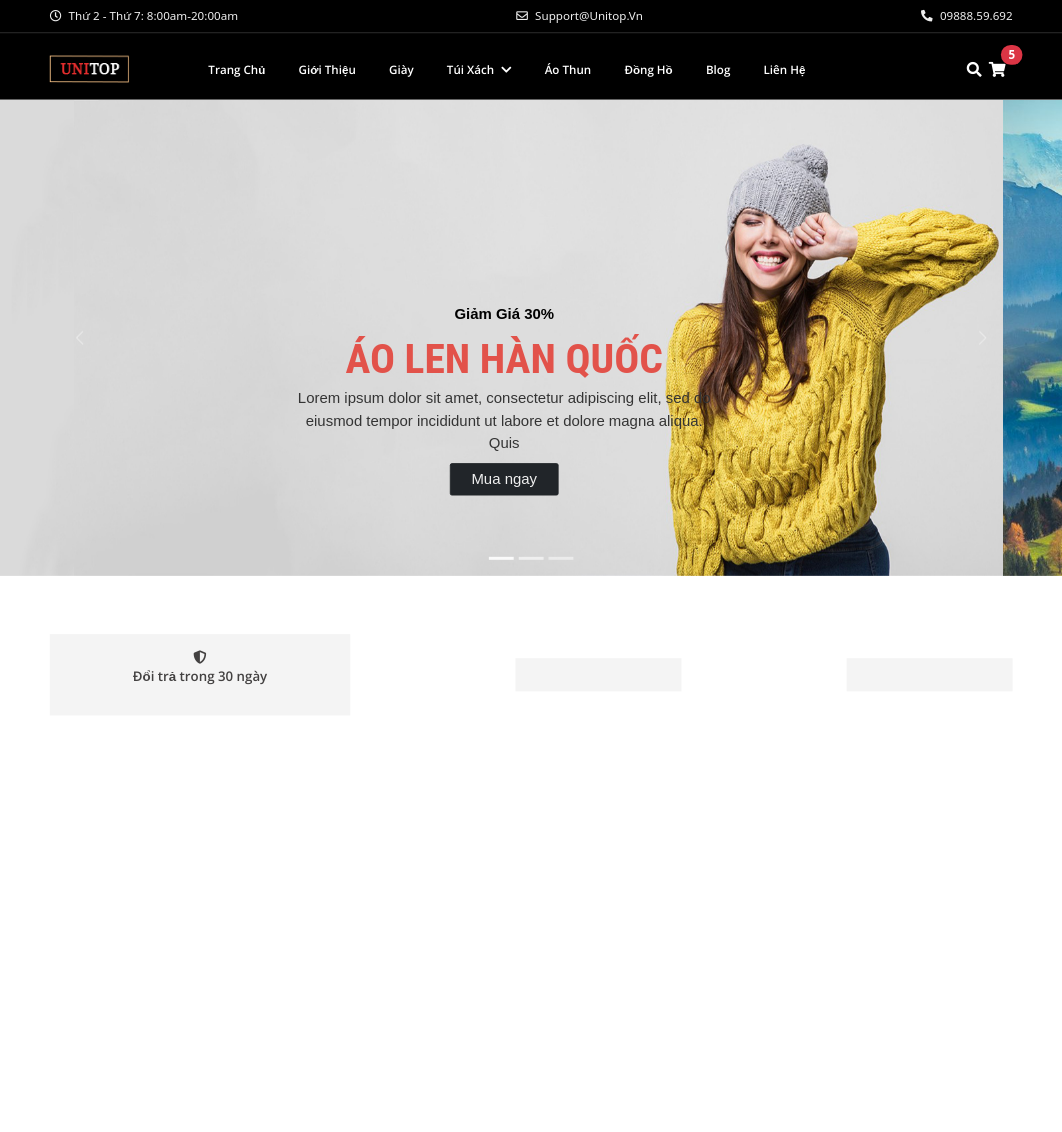
Repository: vinhtk0209/clothes-shop
Page: index.html
The author's editor kept a copy of each file at every save. The page is drawn from the files as they stood at one save, then again after the next save.
The browser window is 1280 px wide. The pictures show the whole page, at 83% of full size.

Above is the page before, as saved 2021-10-04 17:22:41.

### index.html
<!DOCTYPE html>
<html lang="en">
  <head>
    <meta charset="UTF-8" />
    <meta http-equiv="X-UA-Compatible" content="IE=edge" />
    <meta name="viewport" content="width=device-width, initial-scale=1.0" />
    <title>UNI-SHOP</title>
    <link rel="stylesheet" href="assets/css/reset.css" />
    <link rel="stylesheet" href="assets/fontawesome/css/all.css" />
    <link rel="stylesheet" href=" assets/boostrap/css/bootstrap.min.css" />
    <link rel="preconnect" href="https://fonts.googleapis.com" />
    <link rel="preconnect" href="https://fonts.gstatic.com" crossorigin />
    <link
      href="https://fonts.googleapis.com/css2?family=Open+Sans:wght@400;600;700&display=swap"
      rel="stylesheet"
    />
    <script src="assets/js/jquery.min.js"></script>
    <link rel="stylesheet" href="assets/css/main.css" />
  </head>
  <body>
    <div id="wrapper">
      <div id="header">

          <div class="header-info">
            <div class="container-1160">
            <ul
              class="
                list-info list-unstyled
                d-flex
                justify-content-between
                align-items-center
              "
            >
              <li>
                <p class="header-descr time-contact">
                  <span class="icon-time">
                    <!-- icon time -->
                    <i class="far fa-clock"></i>
                  </span>
                  <span class="descr-time ps-2 descr"
                    >thứ 2 - thứ 7: 8:00am-20:00am</span
                  >
                </p>
              </li>
              <li>
                <p class="header-descr email-contact">
                  <span class="icon-email">
                    <!-- icon email -->
                    <i class="far fa-envelope"></i>
                  </span>
                  <span class="descr-email ps-2 descr"> support@unitop.vn </span>
                </p>
              </li>
              <li>
                <p class="header-descr phone-number">
                  <span class="icon-phone">
                    <!-- icon phone -->
                    <i class="fas fa-phone-alt"></i>
                  </span>
                  <span class="descr-phone ps-2 descr"> 09888.59.692 </span>
                </p>
              </li>
            </ul>
          </div>
          </div>
          <!-- END HEADER-INFO -->
          <div
            class="header-menu d-flex align-items-center container-1160"

          >

            <div class="header-menu-logo mr-95">
              <a href="" class="logo-link">
                <img src="assets/images/logo.png" alt="logo" />
              </a>
            </div>
            <div class="header-menu-list ">
              <ul
                class="
                  list-menu
                  d-flex

                  align-items-center list-unstyled
                "
              >
                <li>
                  <a href="" class="list-name text-decoration-none">Trang chủ</a>
                </li>
                <li>
                  <a href="" class="list-name text-decoration-none">Giới thiệu</a>
                </li>
                <li>
                  <a href="" class="list-name text-decoration-none">Giày</a>
                </li>
                <li class="position-relative list-product">
                  <a href="" class="list-name text-decoration-none "
                    >Túi xách
                    <span class="icon-arrow-down ps-2">
                      <!-- icon arrow down -->
                      <i class="fas fa-chevron-down"></i>
                    </span></a
                  >

                  <ul class="sub-menu list-unstyled position-absolute  bg-submenu ">

                    <li>
                      <a href="" class="text-decoration-none color-submenu ">
                        túi xách tay nữ
                      </a>
                    </li>
                    <li>
                      <a href="" class="text-decoration-none  color-submenu">
                        túi đeo chéo nữ
                      </a>
                    </li>
                    <li>
                      <a href="" class="text-decoration-none color-submenu">
                        túi bản to
                      </a>
                    </li>
                    <li>
                      <a href="" class="text-decoration-none color-submenu">
                        túi đeo vai
                      </a>
                    </li>
                  </ul>
                </li>
                <li>
                  <a href="" class="list-name text-decoration-none">áo thun</a>
                </li>
                <li>
                  <a href="" class="list-name text-decoration-none">đồng hồ</a>
                </li>
                <li>
                  <a href="" class="list-name text-decoration-none">blog</a>
                </li>
                <li>
                  <a href="" class="list-name text-decoration-none">liên hệ</a>
                </li>
              </ul>
            </div>
            <!-- END MENU-LIST -->
            <div
              class="
                header-menu-function
                d-flex
                justify-content-between
                align-items-center
                ms-auto
              "
            >
              <div class="icon-search text-white ">
                <span class="search fs-18">
                  <!-- icon search -->
                  <span><i class="fas fa-search"></i></span>
                </span>
              </div>
              <div class="icon-cart">
                <a
                  href=""
                  class="btn text-white position-relative"
                >
                  <span class="fs-18">
                    <!-- icon cart  -->
                    <i class="fas fa-shopping-cart"></i>
                  </span>
                  <span
                    class="
                      position-absolute
                      top-0
                      start-100
                      translate-middle
                      badge
                      rounded-pill
                      bg-danger
                      fs-14
                    "
                  >
                    5
                  </span>
                </a>
              </div>
            </div>
          </div>
          <!-- END HEADER MENU -->
        </div>
      </div>
      <div id="slide" class="slide">
        <div id="carouselExampleIndicators" class="carousel slide" data-bs-ride="carousel">
          <div class="carousel-indicators">
            <button type="button" data-bs-target="#carouselExampleIndicators" data-bs-slide-to="0" class="active bg-btn-slide" aria-current="true" aria-label="Slide 1"></button>
            <button type="button" data-bs-target="#carouselExampleIndicators" data-bs-slide-to="1" aria-label="Slide 2 "
            class="bg-btn-slide"></button>
            <button type="button" data-bs-target="#carouselExampleIndicators" data-bs-slide-to="2" aria-label="Slide 3"
            class="bg-btn-slide"></button>
          </div>
          <div class="carousel-inner">
            <div class="carousel-item active">
              <img src="assets/images/slide-1.png" class="d-block w-100" alt="...">
            </div>
            <div class="carousel-item">
              <img src="assets/images/slide-2.jpg" class="d-block w-100" alt="...">
            </div>
            <div class="carousel-item">
              <img src="assets/images/slide-3.png" class="d-block w-100" alt="...">
            </div>
          </div>
          <button class="carousel-control-prev" type="button" data-bs-target="#carouselExampleIndicators" data-bs-slide="prev">
            <span class="carousel-control-prev-icon" aria-hidden="true"></span>
            <span class="visually-hidden">Previous</span>
          </button>
          <button class="carousel-control-next" type="button" data-bs-target="#carouselExampleIndicators" data-bs-slide="next">
            <span class="carousel-control-next-icon" aria-hidden="true"></span>
            <span class="visually-hidden">Next</span>
          </button>
        </div>
        <!-- CARD INFO -->
          <div class="card-img-overlay card-descr text-center">
            <p class="discount fs-18 fw-bold color-p-card-discount">Giảm Giá 30%</p>
            <h4 class="product-name fw-bold">
              ÁO LEN HÀN QUỐC
            </h4>
            <p class="descr fs-18 color-p-card-descr fw-regular   ">
              Lorem ipsum dolor sit amet, consectetur adipiscing elit, sed do eiusmod tempor incididunt ut labore et dolore magna aliqua. Quis
            </p>
            <button type="button" class="btn btn-dark btn-buynow fs-18 text-button fw-regular pd-btn">Mua ngay</button>
          </div>
      </div>
      <!-- END SLIDE -->
      <div id="special-offer " class="special-offer">
        <div class="container-1160 d-flex justify-content-between align-items-center text-center">
          <div class="return-time box-offer">
            <span class="icon-return-time d-block ">
              <!-- icon return  -->
              <i class="fas fa-shield-alt fs-25"></i>
            </span>
            <p class="special__offer--descr ">
              Đổi trả trong 30 ngày
            </p>
          </div>
          <!-- END RETURN TIME -->
          <div class="special__offer--support-phone box-offer">

          </div>
          <!-- END SUPPORT PHONE -->
          <div class="special__offer--freeship box-offer">

          </div>
          <!-- END FREESHIP -->
        </div>
      </div>
      <!-- END SPECIAL OFFER -->
      <!-- END HEADER -->
      <div id="content">

      </div>
      <!-- END CONTENT -->
      <div id="footer"></div>
      <!-- END FOOTER -->
    </div>
    <!-- END WRAPPER -->
    <script src="assets/js/bootstrap.bundle.min.js"></script>
    <script src="assets/js/popper.min.js"></script>
  </body>
</html>

### assets/css/reset.css
/*
 * Bootstrap Reboot v4.3.1 (https://getbootstrap.com/)
 * Copyright 2011-2019 The Bootstrap Authors
 * Copyright 2011-2019 Twitter, Inc.
 * Licensed under MIT (https://github.com/twbs/bootstrap/blob/master/LICENSE)
 * Forked from Normalize.css, licensed MIT (https://github.com/necolas/normalize.css/blob/master/LICENSE.md)
 */

*,
*::before,
*::after {
    box-sizing: border-box;
}

html {
    font-family: sans-serif;
    line-height: 1.15;
    -webkit-text-size-adjust: 100%;
    -webkit-tap-highlight-color: rgba(0, 0, 0, 0);
}

article,
aside,
figcaption,
figure,
footer,
header,
hgroup,
main,
nav,
section {
    display: block;
}

body {
    margin: 0;
    font-family: -apple-system, BlinkMacSystemFont, "Segoe UI", Roboto, "Helvetica Neue", Arial, "Noto Sans", sans-serif, "Apple Color Emoji", "Segoe UI Emoji", "Segoe UI Symbol", "Noto Color Emoji";
    font-size: 1rem;
    font-weight: 400;
    line-height: 1.5;
    color: #212529;
    text-align: left;
    background-color: #fff;
}

[tabindex="-1"]:focus {
    outline: 0 !important;
}

hr {
    box-sizing: content-box;
    height: 0;
    overflow: visible;
}

h1,
h2,
h3,
h4,
h5,
h6 {
    margin-top: 0;
    margin-bottom: 0.5rem;
}

p {
    margin-top: 0;
    margin-bottom: 1rem;
}

abbr[title],
abbr[data-original-title] {
    text-decoration: underline;
    -webkit-text-decoration: underline dotted;
    text-decoration: underline dotted;
    cursor: help;
    border-bottom: 0;
    -webkit-text-decoration-skip-ink: none;
    text-decoration-skip-ink: none;
}

address {
    margin-bottom: 1rem;
    font-style: normal;
    line-height: inherit;
}

ol,
ul,
dl {
    margin-top: 0;
    margin-bottom: 1rem;
}

ol ol,
ul ul,
ol ul,
ul ol {
    margin-bottom: 0;
}

dt {
    font-weight: 700;
}

dd {
    margin-bottom: .5rem;
    margin-left: 0;
}

blockquote {
    margin: 0 0 1rem;
}

b,
strong {
    font-weight: bolder;
}

small {
    font-size: 80%;
}

sub,
sup {
    position: relative;
    font-size: 75%;
    line-height: 0;
    vertical-align: baseline;
}

sub {
    bottom: -.25em;
}

sup {
    top: -.5em;
}

a {
    color: #007bff;
    text-decoration: none;
    background-color: transparent;
}

a:hover {
    color: #0056b3;
    text-decoration: underline;
}

a:not([href]):not([tabindex]) {
    color: inherit;
    text-decoration: none;
}

a:not([href]):not([tabindex]):hover,
a:not([href]):not([tabindex]):focus {
    color: inherit;
    text-decoration: none;
}

a:not([href]):not([tabindex]):focus {
    outline: 0;
}

pre,
code,
kbd,
samp {
    font-family: SFMono-Regular, Menlo, Monaco, Consolas, "Liberation Mono", "Courier New", monospace;
    font-size: 1em;
}

pre {
    margin-top: 0;
    margin-bottom: 1rem;
    overflow: auto;
}

figure {
    margin: 0 0 1rem;
}

img {
    vertical-align: middle;
    border-style: none;
}

svg {
    overflow: hidden;
    vertical-align: middle;
}

table {
    border-collapse: collapse;
}

caption {
    padding-top: 0.75rem;
    padding-bottom: 0.75rem;
    color: #6c757d;
    text-align: left;
    caption-side: bottom;
}

th {
    text-align: inherit;
}

label {
    display: inline-block;
    margin-bottom: 0.5rem;
}

button {
    border-radius: 0;
}

button:focus {
    outline: 1px dotted;
    outline: 5px auto -webkit-focus-ring-color;
}

input,
button,
select,
optgroup,
textarea {
    margin: 0;
    font-family: inherit;
    font-size: inherit;
    line-height: inherit;
}

button,
input {
    overflow: visible;
}

button,
select {
    text-transform: none;
}

select {
    word-wrap: normal;
}

button,
[type="button"],
[type="reset"],
[type="submit"] {
    -webkit-appearance: button;
}

button:not(:disabled),
[type="button"]:not(:disabled),
[type="reset"]:not(:disabled),
[type="submit"]:not(:disabled) {
    cursor: pointer;
}

button::-moz-focus-inner,
[type="button"]::-moz-focus-inner,
[type="reset"]::-moz-focus-inner,
[type="submit"]::-moz-focus-inner {
    padding: 0;
    border-style: none;
}

input[type="radio"],
input[type="checkbox"] {
    box-sizing: border-box;
    padding: 0;
}

input[type="date"],
input[type="time"],
input[type="datetime-local"],
input[type="month"] {
    -webkit-appearance: listbox;
}

textarea {
    overflow: auto;
    resize: vertical;
}

fieldset {
    min-width: 0;
    padding: 0;
    margin: 0;
    border: 0;
}

legend {
    display: block;
    width: 100%;
    max-width: 100%;
    padding: 0;
    margin-bottom: .5rem;
    font-size: 1.5rem;
    line-height: inherit;
    color: inherit;
    white-space: normal;
}

progress {
    vertical-align: baseline;
}

[type="number"]::-webkit-inner-spin-button,
[type="number"]::-webkit-outer-spin-button {
    height: auto;
}

[type="search"] {
    outline-offset: -2px;
    -webkit-appearance: none;
}

[type="search"]::-webkit-search-decoration {
    -webkit-appearance: none;
}

::-webkit-file-upload-button {
    font: inherit;
    -webkit-appearance: button;
}

output {
    display: inline-block;
}

summary {
    display: list-item;
    cursor: pointer;
}

template {
    display: none;
}

[hidden] {
    display: none !important;
}


/*# sourceMappingURL=bootstrap-reboot.css.map */

### assets/css/main.css
* {
    margin: 0;
    padding: 0;
    box-sizing: inherit;
}
html{
    font-family: 'Open Sans', sans-serif;
    font-size: 62.5%;
    line-height: 1.5;
    box-sizing: border-box;
}
.container-1160 {
    width: 1160px;
    margin:0px auto;
}
ul{
    margin: 0;
    padding: 0;
}
.mr-95{
    margin-right:95px;
}
.outline-none{
    outline: none!important;
}
.fs-14{
    font-size: 14px;
}
.fs-18{
    font-size: 18px;
}
.fs-40{
    font-size: 40px;
}
.bg-submenu{
    background-color: #f9f9f9;
}
.color-submenu{
    color: #5c5b5b ;
}
.color-p-card-discount{
    color:#000000;
}
.color-p-card-descr{
    color:#343434;
}
.text-button{
    color:#efefef;
}
.fw-regular{
    font-weight: 400;
}
.pd-btn{
    padding:5px 25px;
}
.bg-btn-slide:hover{
    background-color: #e2524a!important ;
}
.fw-semibold{
    font-weight: 600;
}
/* =========================== HEADER ===========================*/
#header {
    min-height: 120px;
    background-color: #000000;
    padding: 8px 0px 0px 0px;
    text-transform: capitalize;
}
.header-info{

    color:#eeeeee;
    font-weight: 400 ;
    font-size: 1.4rem;
    border-bottom:1px solid #363636;
    margin-bottom: 25px;
}

.header-menu-list ul.list-menu > li + li{
    padding-left:40px;

}
.header-menu-list ul li a.list-name{
    font-size: 1.4rem;
    color:#ffffff;
    font-weight:600 ;
    font-family: 'Open Sans', sans-serif;
    transition: all 0.5s ease-in-out;
}
.header-menu-list ul li a.list-name:hover{
    color:#e2524a ;
}
ul.list-menu li:hover>ul.sub-menu{
    opacity: 1;
    visibility: visible;
    z-index: 9999;
}
ul.sub-menu {
   /* padding:0px; */
   min-width: 200px;
   min-height: 133px;
   padding:18px 0 20px 0;
   box-sizing: border-box;
   top:50px;
   opacity: 0;
   visibility: hidden;
   transition: all 0.5s ease-in-out;

}

ul.sub-menu li{
    padding-left:25px;
    /* chinh lai padding  */
}
ul.sub-menu li a{
    font-family: 'Roboto Condensed', sans-serif;
    display: block;
    font-weight: 400;
    font-size: 1.4rem;
    margin-bottom: 10px;
    transition: all 0.5s ease-in-out;
}

ul.sub-menu li a:hover{
    color:#e2524a ;
}

/* ======================= END HEADER =======================*/

/* ======================= SLIDER =======================*/
.slide{
    /* height:700px; */
    position: relative;
    margin-bottom: 70px;
}
.card-descr{
    position: absolute;
    top:235px;
    left:340px;
    max-width:535px;
    min-height:285px;
    font-family: "Myriad Pro", sans-serif;
}

.card-descr h4.product-name{
    font-size: 5rem;
    font-family: 'Roboto Condensed', sans-serif;
    color:#e2524a;
}
/* ======================= END SLIDER =======================*/

/* ======================= SPECIAL OFFER =======================*/
.special-offer{
    height:600px;
}
.box-offer{
    background-color: #f4f4f4;
    padding:  15px  100px  25px  ;
    font-size: 1.6rem;
    color:#434141;
    font-weight: 600;
    font-family: 'Open Sans', sans-serif;
}
.box-offer:hover{
    color:#e2524a;

}

Loaded but not shown: assets/fontawesome/css/all.css (library); assets/boostrap/css/bootstrap.min.css (library); assets/js/jquery.min.js (library); assets/js/bootstrap.bundle.min.js (library); assets/js/popper.min.js (library)

After the next save:
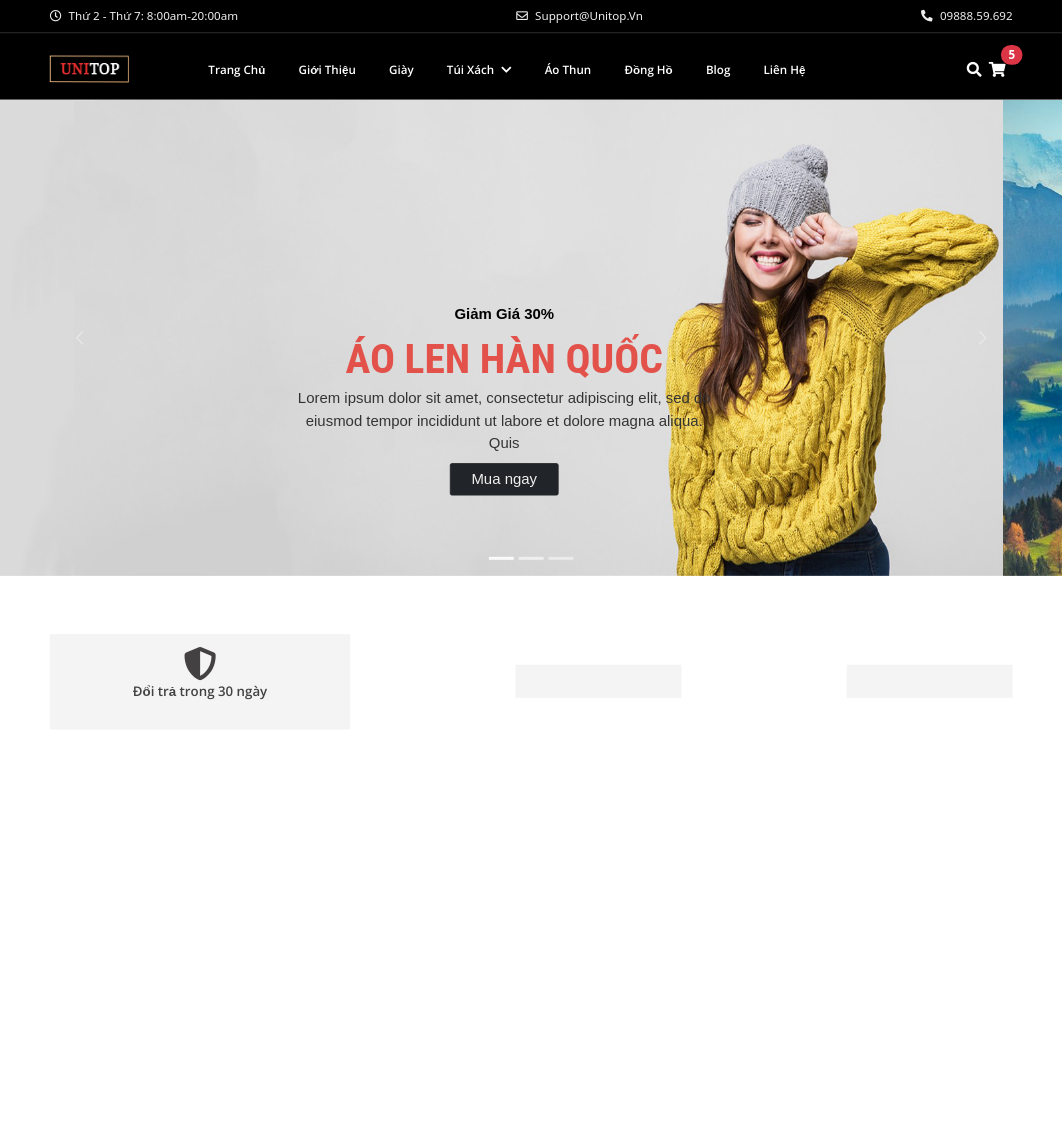
Saved 3 s later.
--- a/index.html
+++ b/index.html
@@ -232,7 +232,7 @@
           <div class="return-time box-offer">
             <span class="icon-return-time d-block ">
               <!-- icon return  -->
-              <i class="fas fa-shield-alt fs-25"></i>
+              <i class="fas fa-shield-alt fs-40"></i>
             </span>
             <p class="special__offer--descr ">
               Đổi trả trong 30 ngày
